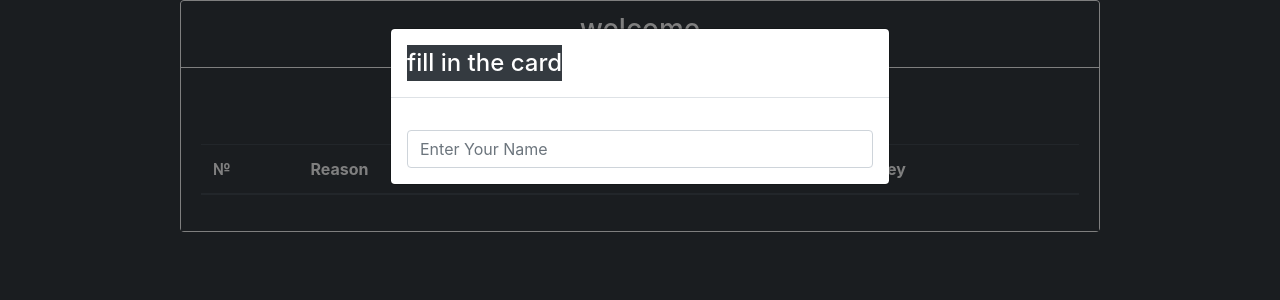
Repository: surefaceJS/allMyWorkInaliLinux
Page: hardcha/index.html
These files come from the project's save history. The page is drawn as it stood at one moment and after a run of saves; the edit follows.
The browser window is 1280 px wide. The pictures show the whole page.

Above is the page before, as saved 2021-04-19 12:29:49.

After the next 2 saves:
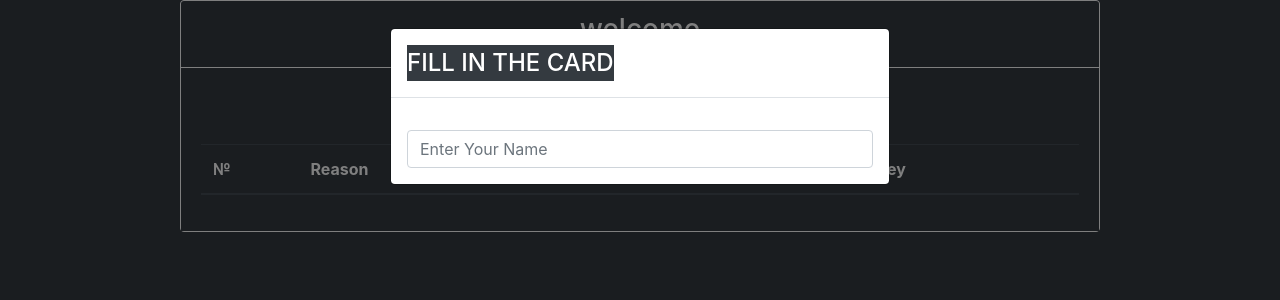
The 2 saves are shown as one change because they came seconds apart.
The last was saved 9 s later.
--- a/hardcha/index.html
+++ b/hardcha/index.html
@@ -25,7 +25,7 @@
 
                     <!-- Modal Header -->
                     <div class="modal-header">
-                        <h4 class="modal-title text-white bg-dark ">fill in the card</h4>
+                        <h4 class="modal-title text-white bg-dark text-center text-uppercase">fill in the card</h4>
 
                     </div>
 
